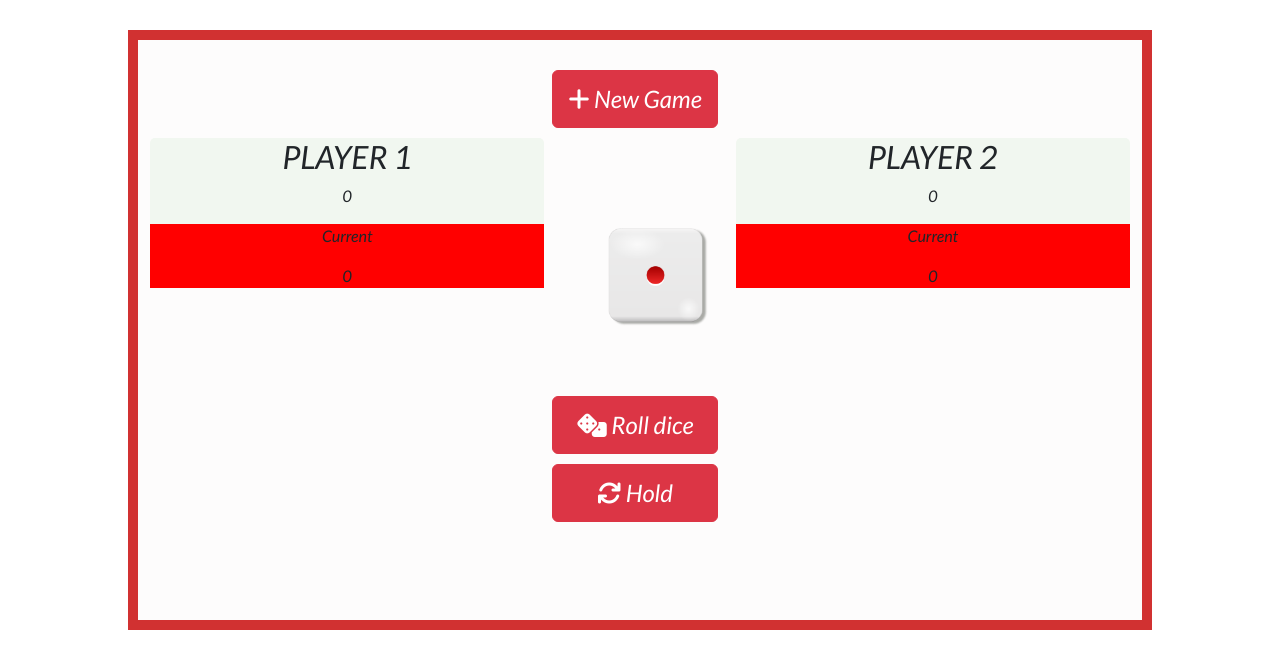
Repository: haifabilel/Eval_JAVASCRIPT
Page: index.html
The author's editor kept a copy of each file at every save. The page is drawn from the files as they stood at one save, then again after a run of saves.
The browser window is 1280 px wide. The pictures show the whole page.
Some web libraries are served in a nearby version.

Above is the page before, as saved 2023-06-03 13:57:59.

After the next 2 saves:
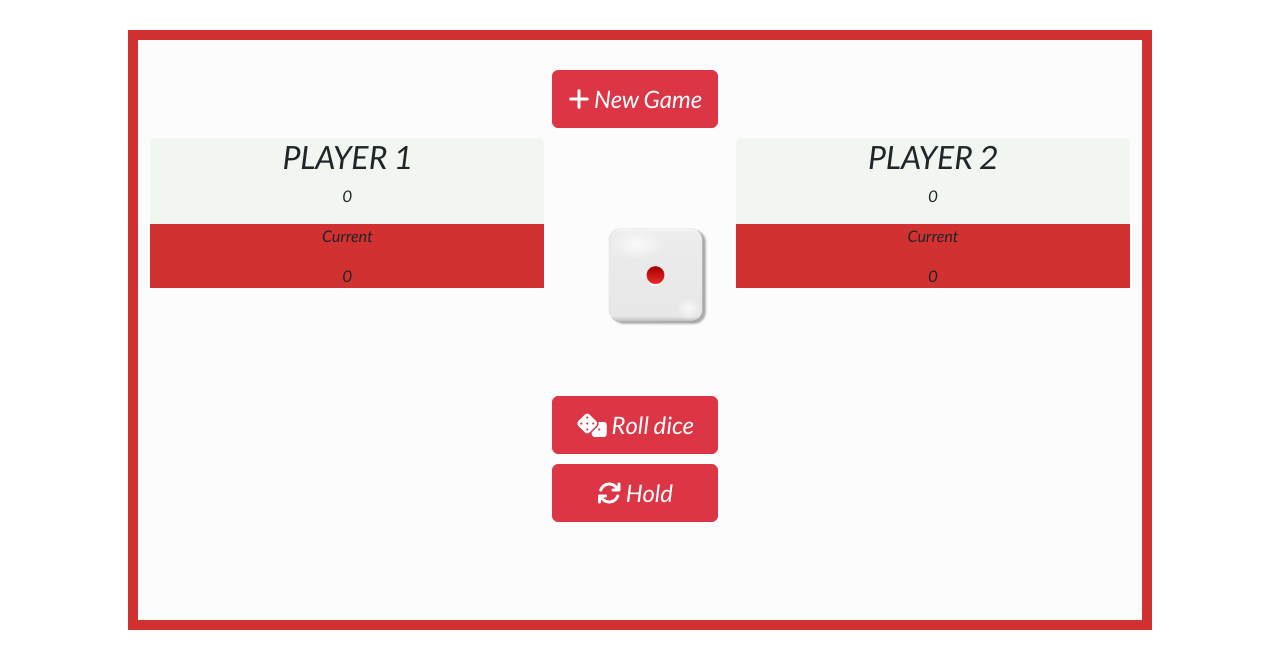
The 2 saves are shown as one change because they came seconds apart.
The last was saved 16 s later.
--- a/style.css
+++ b/style.css
@@ -22,7 +22,8 @@
 }
 /* Current */
 .current{
-    background-color: red;
+    background-color: #d13131;
+
 }
 /* Buttons */
 .btn_roll{
